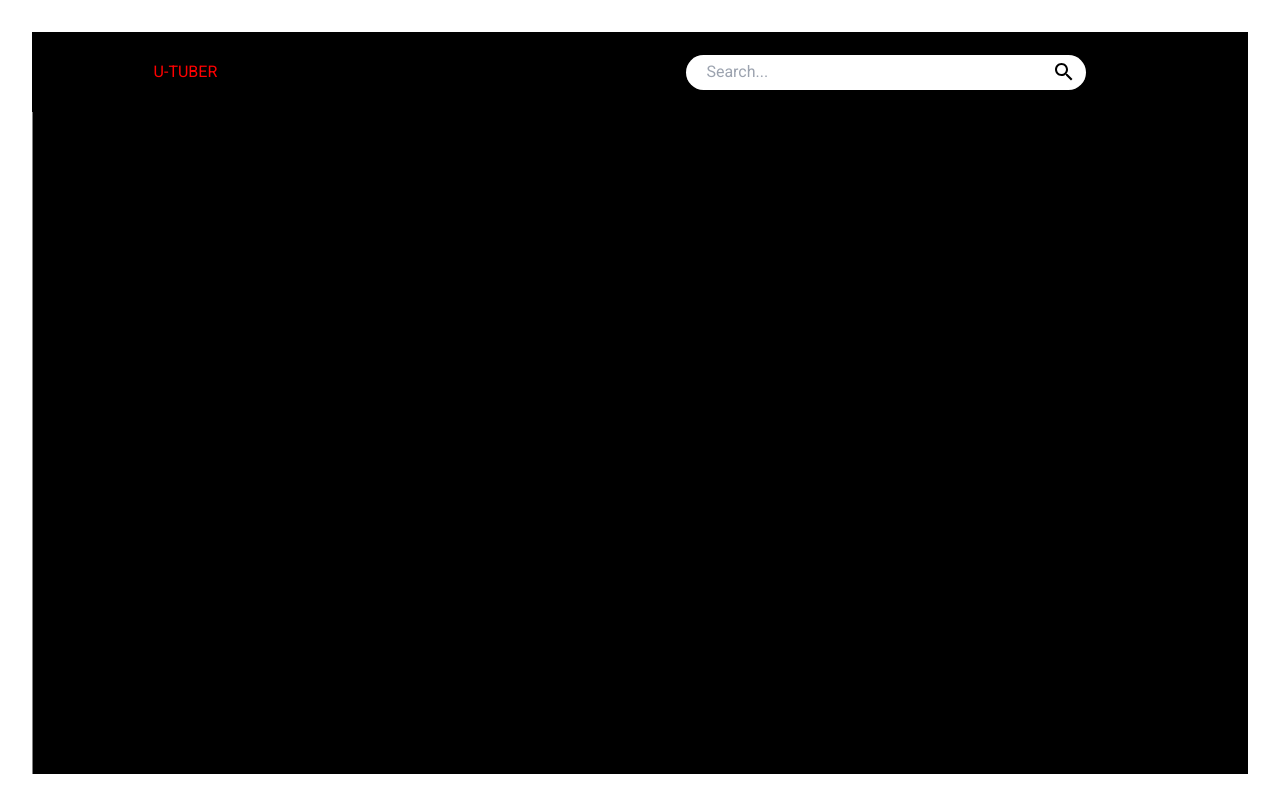
Repository: Nurlan-Bakenbaev/YoutubeClone
Page: /
These files come from the project's save history. The page is drawn as it stood at one moment and after a run of saves; the edit follows.
The browser window is 1280 px wide. The pictures show the whole page.
The project was rebuilt for these pictures with package versions that can differ from the ones it lists, and the page was loaded fresh each time. Also part of the build but not shown: vite.config.js, src/components/VideoDetails.jsx, src/components/SearchFeed.jsx, src/components/ChannelDetails.jsx.

Above is the page before, as saved 2023-09-06 09:34:41.

### index.html
<!DOCTYPE html>
<html lang="en">
  <head>
    <link
      rel="stylesheet"
      href="https://fonts.googleapis.com/icon?family=Material+Icons"
    />
    <link rel="preconnect" href="https://fonts.googleapis.com" />
    <link rel="preconnect" href="https://fonts.gstatic.com" crossorigin />
    <link
      rel="stylesheet"
      href="https://fonts.googleapis.com/css2?family=Roboto:wght@300;400;500;600;700&display=swap"
    />

    <meta charset="UTF-8" />
    <link rel="icon" type="image/svg+xml" href="/vite.svg" />
    <meta name="viewport" content="width=device-width, initial-scale=1.0" />
    <title>Youtube Clone</title>
  </head>
  <body>
    <div id="root"></div>
    <script type="module" src="/src/main.jsx"></script>
  </body>
</html>

### src/App.jsx
import "./App.css";
import { BrowserRouter, Routes, Route } from "react-router-dom";
import { Box } from "@mui/material";
import Navbar from './components/Navbar'
import Feed from './components/Feed'
import VideoDetails from './components/VideoDetails'
import SearchFeed from './components/SearchFeed'
import ChannelDetails from './components/ChannelDetails'


const App = () => (
  <BrowserRouter>
    <Box sx={{ backgroundColor: "#000" }}>
      <Navbar/>
      <Routes>
        <Route path="/" element={<Feed />} />
        <Route path="/video:id" element={<VideoDetails />} />
        <Route path="/channel:id" element={<ChannelDetails />} />
        <Route path="/search/:searchTerm" element={<SearchFeed />} />
      </Routes>
    </Box>
  </BrowserRouter>
);

export default App;

### src/index.css
@import "tailwindcss/base";
@import "tailwindcss/components";
@import "tailwindcss/utilities";


body {
  font-family: "Roboto", sans-serif;
  margin: 0;
  padding: 0;
  box-sizing: border-box;
}
a{
  color:inherit;
  text-decoration: none;
}

### src/components/Navbar.jsx
import { Stack } from "@mui/material";
import { Link } from "react-router-dom";
import SearchBar from "./SearchBar";

const Navbar = () => {
  return (
    <Stack
      direction="row"
      alignItems="center"
      sx={{
        position: "sticky",
        background: "black",
        top: "0",
        justifyContent: "space-between",
        height: "80px",
        margin:'0 auto',
        width:'80%'
      }}
    >
      <Stack
        sx={{
          display: "flex",
          flexDirection: "row",
          alignItems: "center",
          color: "red",
        }}
      >
        <Link className="uppercase" to={"/"}>
          U-tuber
        </Link>
      </Stack>
      <SearchBar />
    </Stack>
  );
};

export default Navbar;

### src/components/Feed.jsx
import React, { useState, useEffect } from "react";
import { Box, Stack, Typography } from "@mui/material";

const Feed = () => {
  return (
    <Stack sx={{ flexDirection: { sx: "column", md: "row" } }}>
      <Box
        sx={{
          height: { sx: "auto", md: "92vh" },
          borderRight: "1px solid gray", px:{sx:'0',md:'2'}
        }}></Box>
    </Stack>
  );
};

export default Feed;

### src/components/SearchBar.jsx
import React from "react";
import { useState } from "react";
import { useNavigate } from "react-router-dom";
import { Paper, IconButton } from "@mui/material";
import SearchIcon from "@mui/icons-material/Search";
const SearchBar = () => {
  return (
    <Paper
      component="form"
      onSubmit={() => {}}
      sx={{
        borderRadius: "20px",
        pl: 2,
        boxShadow: "none",
        display: "flex",
        alignItems: "center",
        width: "400px",
        height: "35px",
        mr: { sm: 5 },
      }}
    >
      <input
        className="flex-1 p-1 outline-none"
        placeholder="Search..."
        type="text"
        onChange={() => {}}/>
      <IconButton type="submit" sx={{ p: "10px", color: "black" }}>
        <SearchIcon />
      </IconButton>
    </Paper>
  );
};

export default SearchBar;

Loaded but not shown: src/main.jsx (common file); src/App.css (common file); tailwind.config.js (common file)

After the next 3 saves:
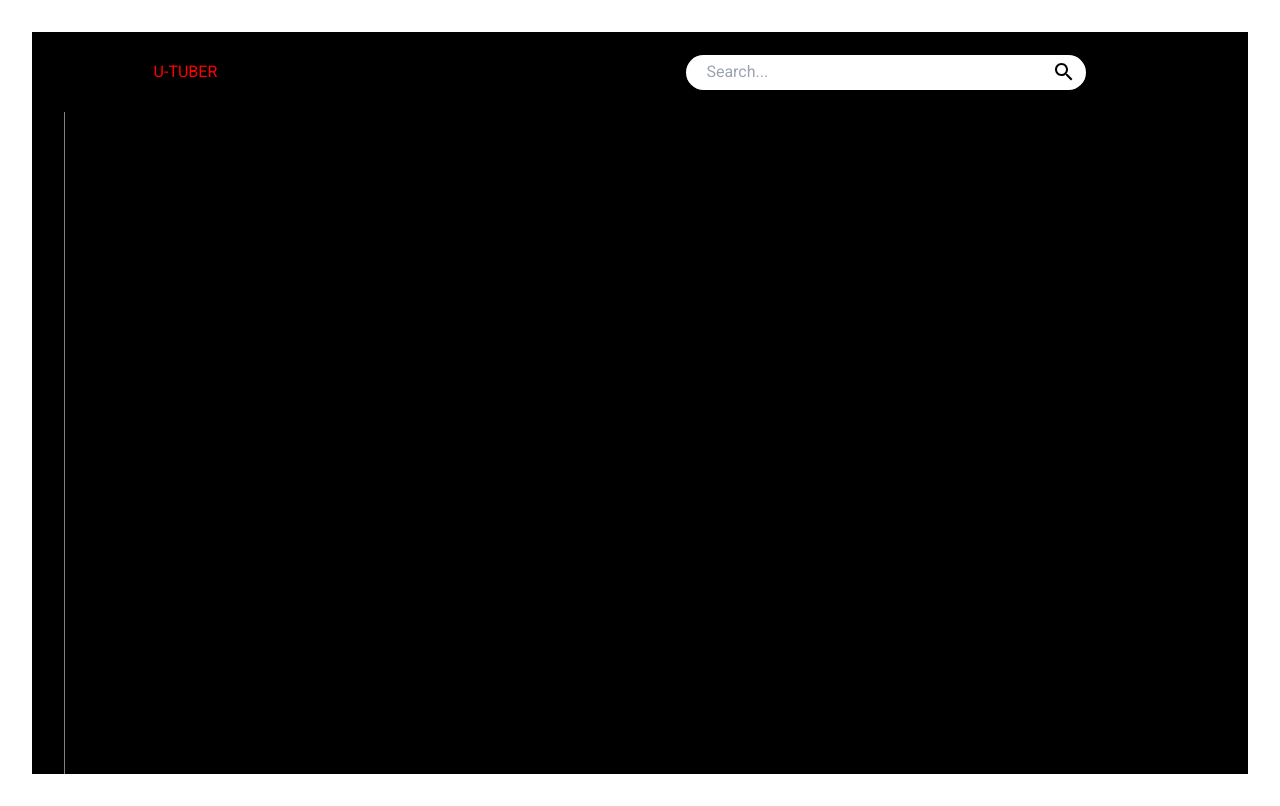
The 3 saves are shown as one change because they came seconds apart.
The last was saved 7 s later.
--- a/src/components/Feed.jsx
+++ b/src/components/Feed.jsx
@@ -7,7 +7,7 @@ const Feed = () => {
       <Box
         sx={{
           height: { sx: "auto", md: "92vh" },
-          borderRight: "1px solid gray", px:{sx:'0',md:'2'}
+          borderRight: "1px solid gray", px:{sx:0,md:2}
         }}></Box>
     </Stack>
   );
